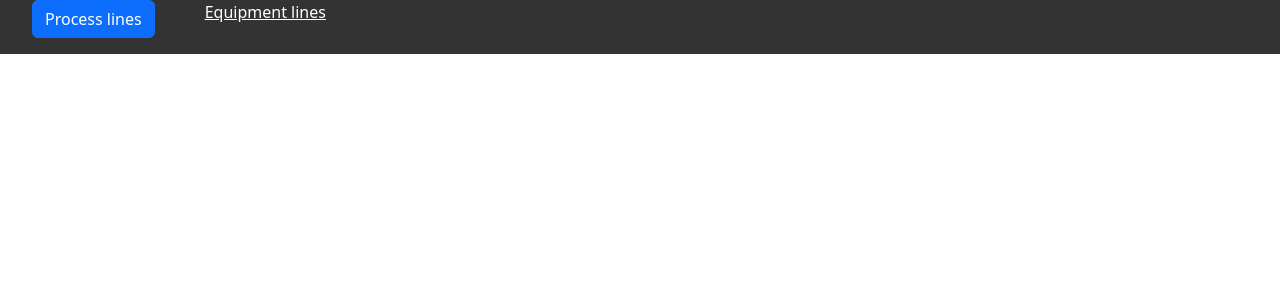
Repository: sreech465/evin3
Page: /equipment
These files come from the project's save history. The page is drawn as it stood at one moment and after the next save; the edit follows.
The browser window is 1280 px wide. The pictures show the whole page.
The page's requests for data from a server got no answer. The project was rebuilt for these pictures with package versions that can differ from the ones it lists, and the page was loaded fresh each time. No one was signed in, and anything a server would have sent is missing. Also part of the build but not shown: src/Login.js, src/Display.js, src/Details.js, src/CustomSearchBar.js, src/Process.js, src/Learning.js, src/ProcessDetails.js, src/EquipDetails.js.

Above is the page before, as saved 2022-10-29 08:10:22.

### src/index.js
import React from "react";
import ReactDOM from "react-dom/client";
import "./index.css";
import App from "./App";
import reportWebVitals from "./reportWebVitals";
import { Provider } from "react-redux";
import store from "./store";
import "bootstrap/dist/css/bootstrap.min.css";
const root = ReactDOM.createRoot(document.getElementById("root"));
root.render(
  <React.StrictMode>
    <Provider store={store}>
      <App />
    </Provider>
  </React.StrictMode>
);

// If you want to start measuring performance in your app, pass a function
// to log results (for example: reportWebVitals(console.log))
// or send to an analytics endpoint. Learn more: https://bit.ly/CRA-vitals
reportWebVitals();

### src/App.js
import React from "react";
import { Routes, Route } from "react-router-dom";
import { BrowserRouter } from "react-router-dom";
import Login from "./Login";
import Display from "./Display";
import Details from "./Details";
import Process from "./Process";
import Equipment from "./Equipment";
import Learning from "./Learning";
import ProcessDetails from "./ProcessDetails";
import EquipDetails from "./EquipDetails";

const App = () => {
  return (
    <div className="App">
      <BrowserRouter>
        <Routes>
          <Route path="/" element={<Login />} />
          <Route path="/display" element={<Display />} />
          <Route path="/details" element={<Details />} />
          <Route path="/pdetails" element={<Process />} />
          <Route path="/elearning" element={<Learning />} />
          <Route path="/equipment" element={<Equipment />} />
          <Route path="/pdetails/:id" element={<ProcessDetails />} />
          <Route path="/equipment/:id" element={<EquipDetails />} />
        </Routes>
      </BrowserRouter>
    </div>
  );
};

export default App;

### src/store.js
import { applyMiddleware, createStore } from "redux";
import thunk from "redux-thunk";

import { singleReducer } from "./combineReducer";

const store = createStore(singleReducer, applyMiddleware(thunk));

export default store;

### src/Equipment.js
import React, { useEffect } from "react";
import { useSelector, useDispatch } from "react-redux";
import { getEquipmentDetails } from "./Actions";
import Headertabs from "./Headertabs";
import { Link } from "react-router-dom";

const Equipment = () => {
  const dispatch = useDispatch();

  const access_token = useSelector(
    (state) => state.LoginReducer.auth.access_token
  );

  const EquipmentList = useSelector((state) => state.EquipmentReducer.Data102);
  console.log(EquipmentList);

  useEffect(() => {
    dispatch(getEquipmentDetails(access_token));
  }, []);

  return (
    <>
      <Headertabs />
      {/* <div>
        <Routes>
          <Route path="/equipment" element={<Equipment />} />
        </Routes>
      </div> */}

      <>
        {EquipmentList &&
          EquipmentList.data.results.length > 0 &&
          EquipmentList.data.results.map((element) => {
            return (
              <>
                <div class="card" style={{ display: "flex" }}>
                  <img
                    style={{ width: 70, height: 40 }}
                    class="card-img-top"
                    src={element.equipment_image}
                    alt="Card image cap"
                  />
                  <div class="card-body">
                    <h5 class="card-title">{element.equipment_id}</h5>
                    <p class="card-text">
                      {element.line_org_location} {element.installed_by_name}.
                    </p>
                    <Link to={`/equipment/${element.id}`}>
                      <button class="btn btn-primary">Details</button>
                    </Link>
                  </div>
                </div>
              </>
            );
          })}
      </>
      {/* ) : ( "loading" ); */}
    </>
  );
};

export default Equipment;

### src/combineReducer.js
import { combineReducers } from "redux";
import {
  equipmentReducer,
  equipmentReducer1,
  LoginReducer,
  processReducer,
  processReducer1,
  projectReducer,
} from "./Reducer";

export const singleReducer = combineReducers({
  LoginReducer: LoginReducer,
  ProjectReducer: projectReducer,
  ProcessReducer: processReducer,
  ProcessReducer1: processReducer1,
  EquipmentReducer: equipmentReducer,
  EquipmentReducer1: equipmentReducer1,
});

### src/Actions.js
import axios from "axios";

import {
  LOGIN_SUCESS,
  PROCESS_SUCESS,
  PROJECT_SUCESSC,
  EQUIPMENT_SUCESS,
  EQUIPMENT_SUCESSC,
  PROJECT_SUCESS,
} from "./types";

const apiBaseUrl = "http://52.139.224.15:81/account/";
const adminbaseurl = "http://52.139.224.15:81/";
const baseUrl = "http://52.139.224.15:81/account/login/";

export const loginAction = (username, password, navigate) => {
  console.log(username, password, "action");
  return async (dispatch) => {
    const formData = {
      username: username,
      password: password,
    };

    try {
      await axios.post(baseUrl, formData).then((response) => {
        console.log("response from api", response.data);
        if (response.status == 200) {
          dispatch({ type: LOGIN_SUCESS, payload: response.data });
          navigate("/display");
        }
      });
    } catch (err) {
      console.log(err);
    }
  };
};

export const getProjectDetails = (access_token) => {
  console.log(access_token);
  return async (dispatch) => {
    let config = {
      headers: { Authorization: `Bearer ${access_token}` },
    };

    try {
      await axios
        .get(
          "http://52.139.224.15:81/my_project_list/?search=&page=1&ordering=-id&project_status=&solution_org=",
          config
        )
        .then((response) => {
          console.log("response from api", response);
          if (response.status == 200) {
            dispatch({ type: PROCESS_SUCESS, payload: response });
          }
        });
    } catch (err) {
      console.log(err);
    }
  };
};

export const getProcesslines = (access_token) => {
  console.log(access_token);
  return async (dispatch) => {
    let config = {
      headers: { Authorization: `Bearer ${access_token}` },
    };

    try {
      await axios
        .get(
          "http://52.139.224.15:81/end_user/process_line/?primary_product=all&org_location=&query=&page=1&sort_by=-id&installed_by=",
          config
        )
        .then((response) => {
          console.log("response from api", response);
          if (response.status == 200) {
            dispatch({ type: PROJECT_SUCESS, payload: response });
          }
        });
    } catch (err) {
      console.log(err);
    }
  };
};

export const getProcesslines1 = (access_token, id) => {
  console.log(access_token);
  console.log(id);

  return async (dispatch) => {
    let config = {
      headers: { Authorization: `Bearer ${access_token}` },
    };

    try {
      await axios
        .get(
          `http://52.139.224.15:81/end_user/process_line/?line_id=${id}`,
          config
        )
        .then((response) => {
          console.log("response from api", response);
          if (response.status == 200) {
            dispatch({ type: PROJECT_SUCESSC, payload: response });
          }
        });
    } catch (err) {
      console.log(err);
    }
  };
};

export const getEquipmentDetails = (access_token) => {
  console.log(access_token);
  return async (dispatch) => {
    let config = {
      headers: { Authorization: `Bearer ${access_token}` },
    };

    try {
      await axios
        .get(
          "http://52.139.224.15:81/tagged_equipment_list/?search=&page=1&ordering=-status&process_line__org_location__name=&process_line__name=&system=&oem_org_id=&process_line__primary_product_ref__name=&equipment_select=&process_line__installed_by=",
          config
        )
        .then((response) => {
          console.log("response from api", response);
          if (response.status == 200) {
            dispatch({ type: EQUIPMENT_SUCESS, payload: response });
          }
        });
    } catch (err) {
      console.log(err);
    }
  };
};

export const getEquipmentDetails1 = (access_token, id) => {
  console.log(access_token);
  console.log(id);
  return async (dispatch) => {
    let config = {
      headers: { Authorization: `Bearer ${access_token}` },
    };

    try {
      await axios
        .get(
          `http://52.139.224.15:81/tagged_equipment_list/?installed_equipment_id=${id}`,
          config
        )
        .then((response) => {
          console.log("response from api", response);
          if (response.status == 200) {
            dispatch({ type: EQUIPMENT_SUCESSC, payload: response });
          }
        });
    } catch (err) {
      console.log(err);
    }
  };
};

### src/Headertabs.js
import React from "react";
import "./styles.css";
import { Link } from "react-router-dom";

const Headertabs = () => {
  return (
    <nav className="nav">
      <ul
        style={{
          textDecoration: "none",
          display: "flex",
          justifyContent: "space-around",
        }}
      >
        <li style={{ listStyleType: "none" }}>
          <Link to="/pdetails">
            <button className="btn btn-primary">Process lines</button>
          </Link>
        </li>
        <li style={{ listStyleType: "none", marginLeft: 50 }}>
          <Link to="/equipment">Equipment lines</Link>
        </li>
      </ul>
    </nav>
  );
};

export default Headertabs;

### src/Reducer.js
import {
  EQUIPMENT_SUCESS,
  EQUIPMENT_SUCESSC,
  LOGIN_SUCESS,
  PROCESS_SUCESS,
  PROJECT_SUCESS,
  PROJECT_SUCESSC,
} from "./types";
const initialState = {
  auth: {
    access_token: "",
    username: "",
    role_permissions: [],
  },
  Data100: "",
};

export const LoginReducer = (state = initialState, action) => {
  // console.log(action);

  switch (action.type) {
    case LOGIN_SUCESS:
      return {
        ...state,

        auth: action.payload,
      };

    default:
      return state;
  }
};

export const projectReducer = (state = initialState, action) => {
  // console.log(action);

  switch (action.type) {
    case PROCESS_SUCESS:
      return {
        ...state,

        Data100: action.payload,
      };

    default:
      return state;
  }
};

export const processReducer = (state = initialState, action) => {
  // console.log(action);

  switch (action.type) {
    case PROJECT_SUCESS:
      return {
        ...state,

        Data101: action.payload,
      };

    default:
      return state;
  }
};

export const processReducer1 = (state = initialState, action) => {
  // console.log(action);

  switch (action.type) {
    case PROJECT_SUCESSC:
      return {
        ...state,

        TOM: action.payload,
      };

    default:
      return state;
  }
};

export const equipmentReducer = (state = initialState, action) => {
  // console.log(action);

  switch (action.type) {
    case EQUIPMENT_SUCESS:
      return {
        ...state,

        Data102: action.payload,
      };

    default:
      return state;
  }
};

export const equipmentReducer1 = (state = initialState, action) => {
  // console.log(action);

  switch (action.type) {
    case EQUIPMENT_SUCESSC:
      return {
        ...state,

        JERRY: action.payload,
      };

    default:
      return state;
  }
};

### src/types.js
export const LOGIN_SUCESS = "LOGIN_SUCESS";
export const PROCESS_SUCESS = "PROCESS_SUCESS";
export const PROJECT_SUCESS = "PROJECT_SUCESS";
export const EQUIPMENT_SUCESS = "EQUIPMENT_SUCESS";
export const EQUIPMENT_SUCESSC = "EQUIPMENT_SUCESSC";
export const PROJECT_SUCESSC = "PROJECT_SUCESSC";

### src/styles.css
* {
    box-sizing: border-box;
}

body {
    margin:0;

}

.nav {
    background-color: #333;
    color:white;
    display: flex;
    justify-content: space-between;
    align-items: center;
    gap: 2rem;
    padding: 0 1rem;
}

.nav a {
    color:inherit
}

Loaded but not shown: public/index.html (common file); src/index.css (common file); src/reportWebVitals.js (common file)

After the next save:
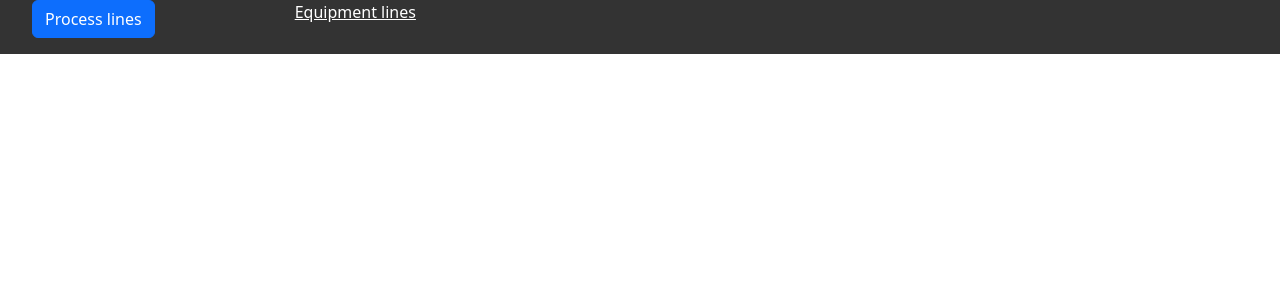
Saved 11 s later.
--- a/src/Headertabs.js
+++ b/src/Headertabs.js
@@ -17,7 +17,7 @@ const Headertabs = () => {
             <button className="btn btn-primary">Process lines</button>
           </Link>
         </li>
-        <li style={{ listStyleType: "none", marginLeft: 50 }}>
+        <li style={{ listStyleType: "none", marginLeft: 140 }}>
           <Link to="/equipment">Equipment lines</Link>
         </li>
       </ul>
